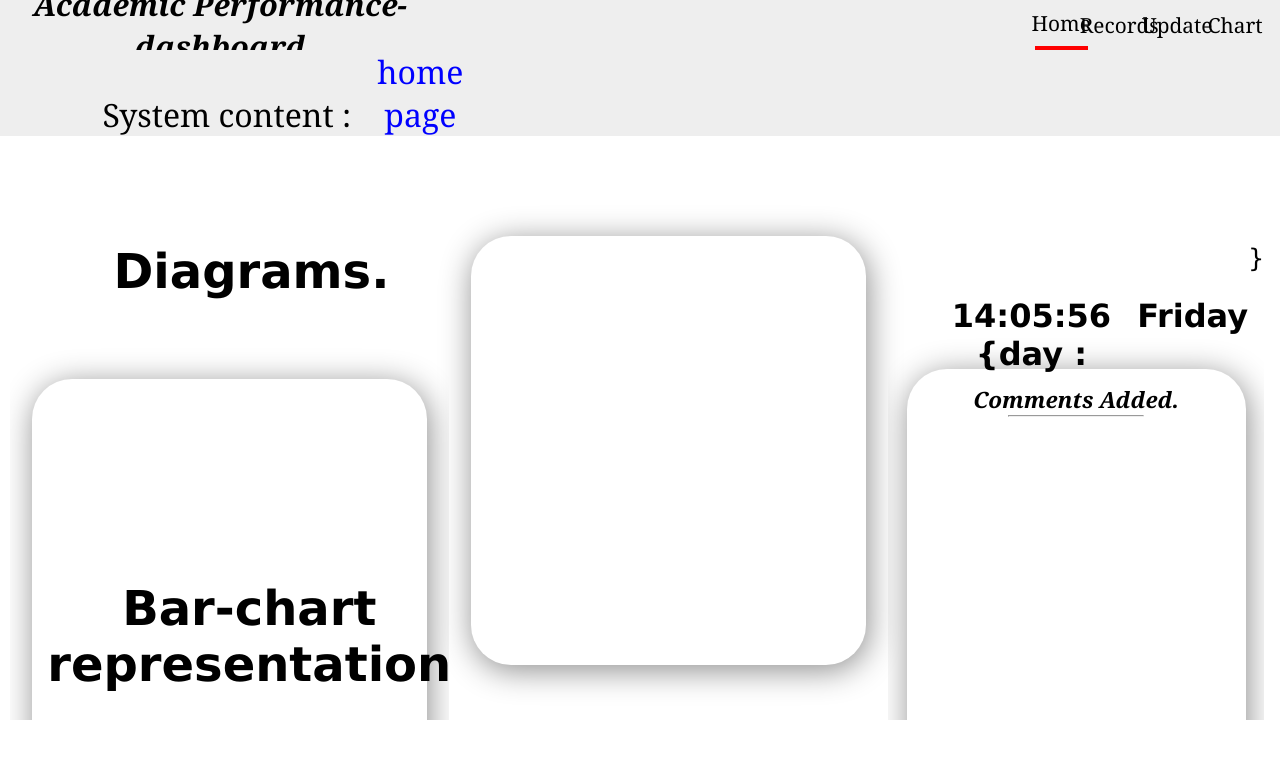
Repository: 3x3cu7er/Shax_001
Page: http://localhost/xmain/
The author's editor kept a copy of each file at every save. The page is drawn from the files as they stood at one save, then again after the next save.
The browser window is 1280 px wide. The pictures show the whole page.
An inner scrolling area shows only its first screen. The page is served by the project's application, run on Django 4.2 (manage.py).

Above is the page before, as saved 2024-01-19 18:10:18.
Console error (its wording comes from the project's code and is left out).

After the next save:
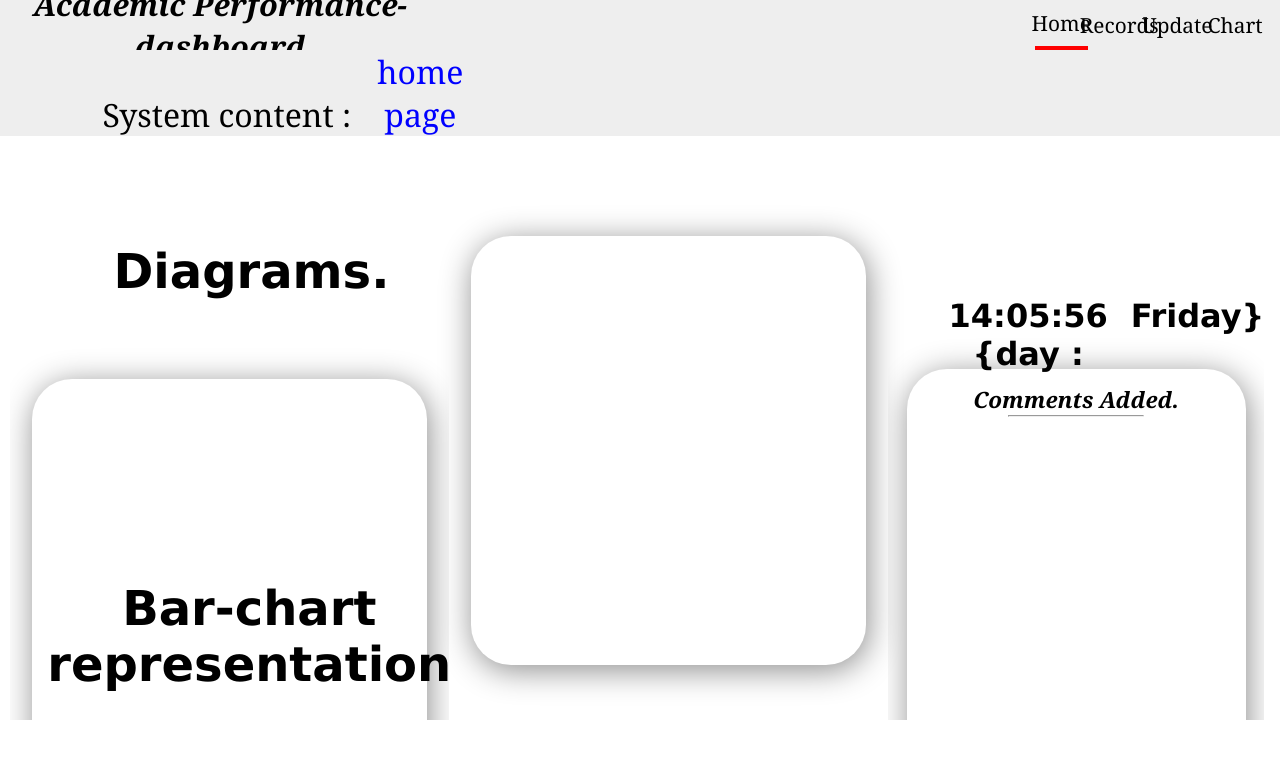
Saved 31 s later.
--- a/_3x3c47er_Sino_sys/template/xmain.html
+++ b/_3x3c47er_Sino_sys/template/xmain.html
@@ -80,7 +80,7 @@
                 {day :
               </h4>
               <h4 class="dy">day</h4>
-              }
+              <h4>}</h4>
             </div>
             <div class="data" id="comments">
               <h4>Comments Added.</h4>

After the save that followed:
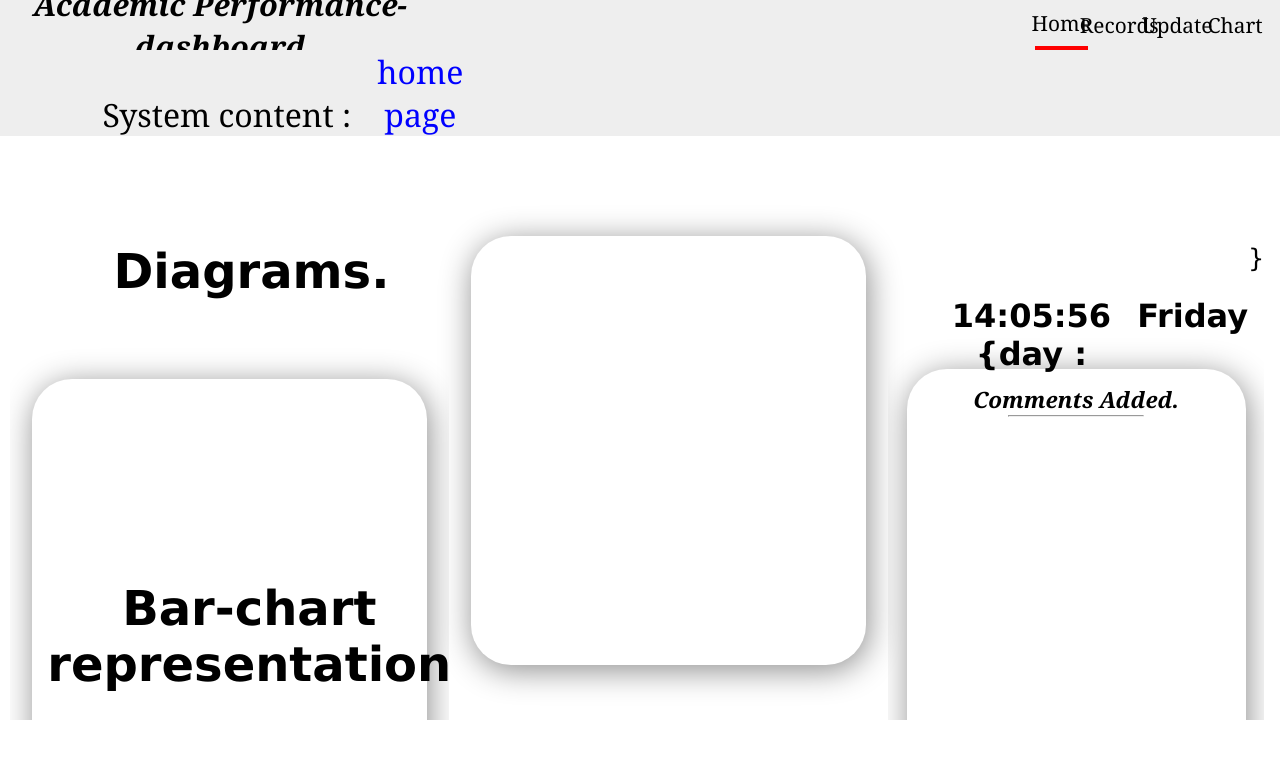
Saved 97 s later.
--- a/_3x3c47er_Sino_sys/template/xmain.html
+++ b/_3x3c47er_Sino_sys/template/xmain.html
@@ -78,9 +78,9 @@
                   >00</span
                 >
                 {day :
+                <h4 class="dy">day</h4>
+                }
               </h4>
-              <h4 class="dy">day</h4>
-              <h4>}</h4>
             </div>
             <div class="data" id="comments">
               <h4>Comments Added.</h4>
